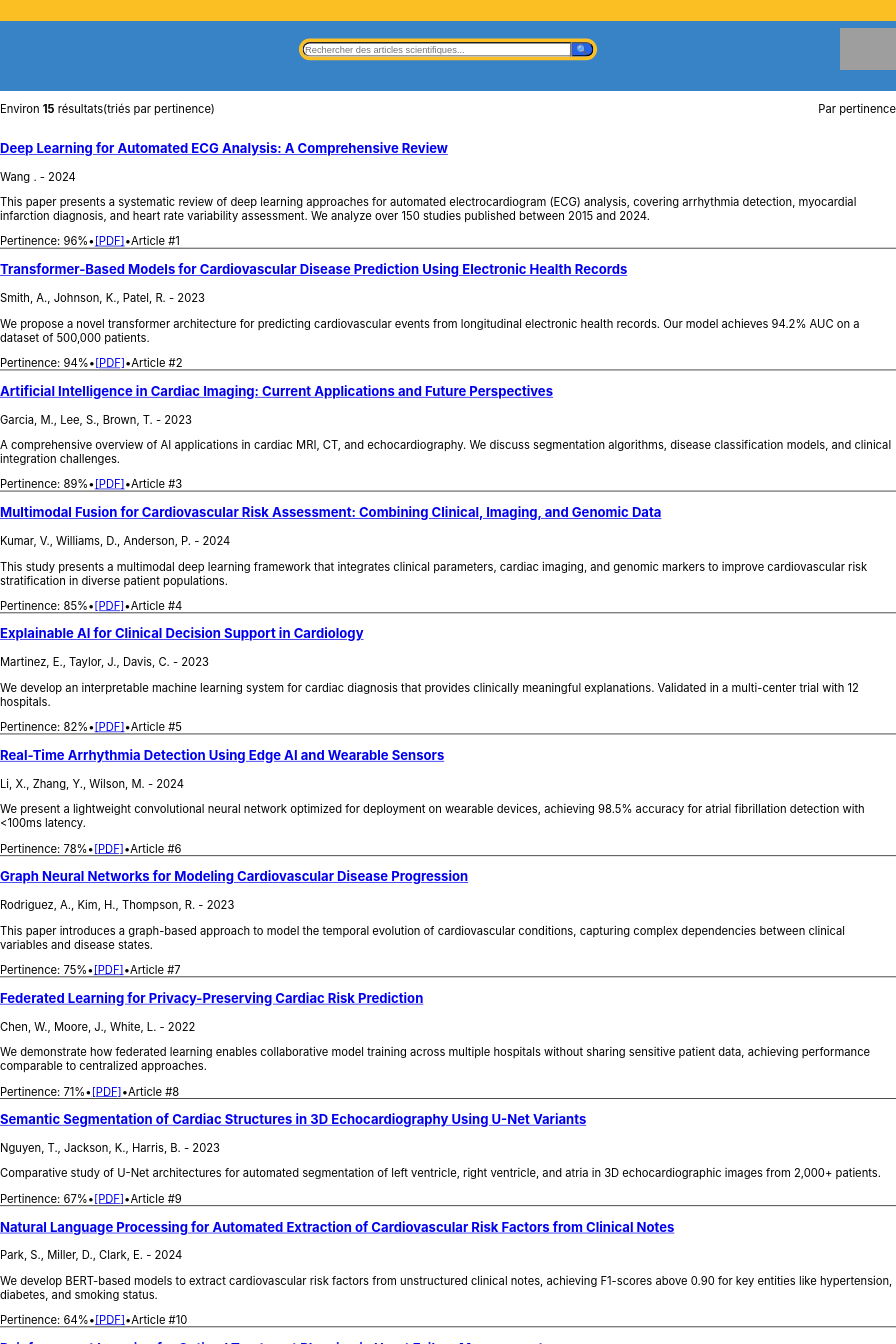
Repository: elh33/SemanticSciSearch
Page: / (app in frontend/)
An editor plug-in stored every save of this project. The page is shown before and after the next save, followed by the edit.
The browser window is 1280 px wide. The pictures show the part of the page from y = 0 to 1920 px (the page is 2705 px tall before and 2781 px after), at 70% of full size.
Pictures or frames that could not be fetched are drawn as grey boxes. The project was rebuilt for these pictures with package versions that can differ from the ones it lists, and the page was loaded fresh each time.

Above is the page before, as saved 2025-11-21 23:16:10.

After the next save:
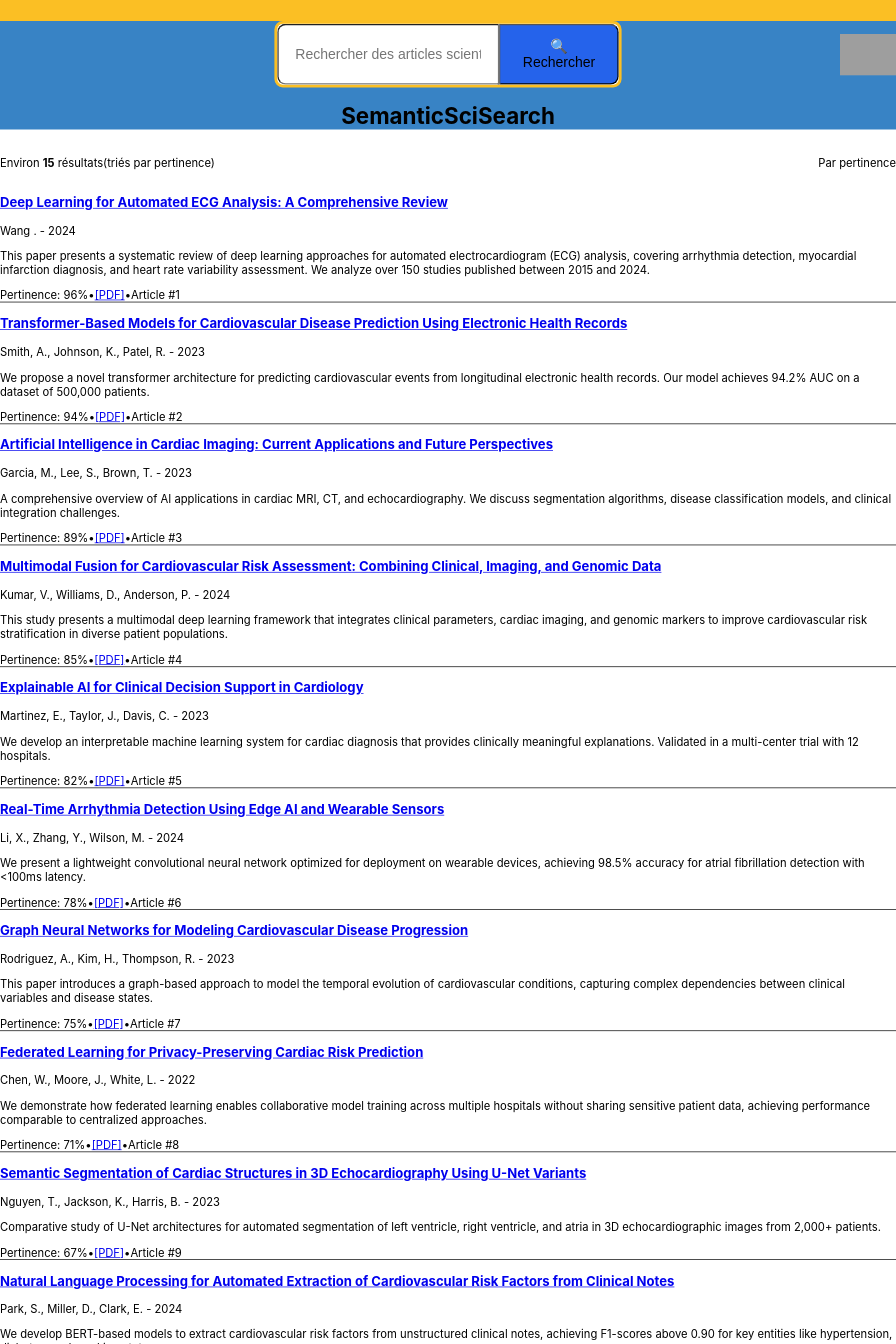
Saved 3 min 48 s later.
--- a/frontend/src/components/SearchResults.tsx
+++ b/frontend/src/components/SearchResults.tsx
@@ -42,29 +42,38 @@
       <div style={{ backgroundColor: '#fbbf24', height: '30px' }} className="w-full"></div>
 
       {/* En-tête avec fond bleu - GRANDE BARRE */}
-      <div style={{ backgroundColor: '#3883c5ff' , height: '100px' }} className="w-full">
-        <div className="max-w-7xl mx-auto px-4 py-10">
+      <div style={{ backgroundColor: '#3883c5ff' }} className="w-full sticky top-0 z-10 shadow-lg">
+        <div className="max-w-7xl mx-auto px-4 py-8">
           <div className="flex items-center justify-between gap-6">
             {/* Espace vide à gauche pour centrer la barre */}
             <div className="flex-1"></div>
 
-            {/* Barre de recherche au centre - TRÈS GRANDE et entourée en jaune */}
+            {/* Barre de recherche au centre - ZONE PLUS GRANDE */}
             <form onSubmit={handleSubmit} className="flex-1 max-w-4xl">
-              <div className="flex shadow-2xl" style={{ border: '5px solid #fbbf24', borderRadius: '30px', backgroundColor: 'white' }}>
+              <div className="flex shadow-2xl" style={{ border: '4px solid #fbbf24', borderRadius: '12px', backgroundColor: 'white' }}>
                 <input
                   type="text"
                   value={query}
                   onChange={(e) => setQuery(e.target.value)}
                   placeholder="Rechercher des articles scientifiques..."
-                  className="flex-grow px-10 py-5 text-xl outline-none"
-                  style={{ borderRadius: '12px 0 0 12px' }}
+                  className="flex-grow outline-none"
+                  style={{
+                    borderRadius: '12px 0 0 12px',
+                    padding: '18px 24px',
+                    fontSize: '20px'
+                  }}
                 />
                 <button
                   type="submit"
-                  className="px-10 py-5 text-white text-xl font-bold hover:opacity-90 transition-opacity"
-                  style={{ backgroundColor: '#2563eb', borderRadius: '0 12px 12px 0' }}
+                  className="text-white font-bold hover:opacity-90 transition-opacity"
+                  style={{
+                    backgroundColor: '#2563eb',
+                    borderRadius: '0 12px 12px 0',
+                    padding: '18px 32px',
+                    fontSize: '20px'
+                  }}
                 >
-                  🔍
+                  🔍 Rechercher
                 </button>
               </div>
             </form>
@@ -79,6 +88,11 @@
               />
             </div>
           </div>
+
+          {/* Titre sous la barre de recherche */}
+          <h1 className="text-4xl font-bold text-center text-white mt-6">
+            SemanticSciSearch
+          </h1>
         </div>
       </div>
 
@@ -107,7 +121,7 @@
           <div className="flex items-center justify-center py-12">
             <div className="flex flex-col items-center gap-3">
               <div className="animate-spin rounded-full h-10 w-10 border-b-2 border-blue-600"></div>
-              <p className="text-gray-600 text-sm">Recherche en cours...</p>
+              <p className="text-gray-600 text-sm">Recherche sémantique en cours...</p>
             </div>
           </div>
         )}
